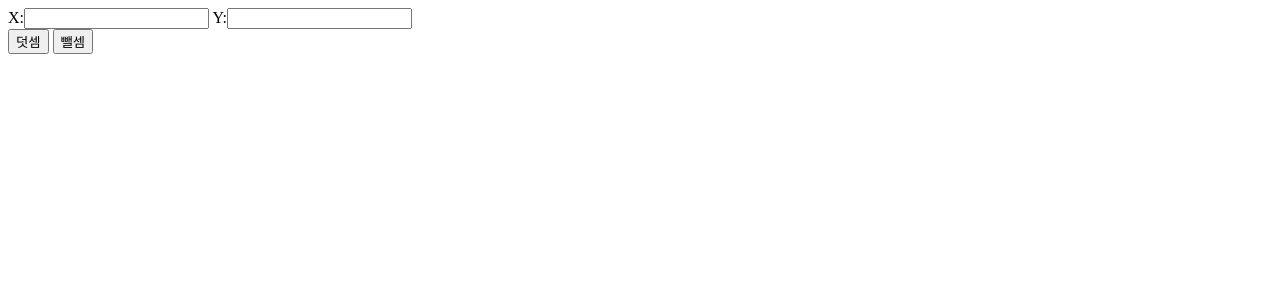
Repository: Doyoung-Park/JSP_Servlet
Page: workspace/JSPPrj/src/main/webapp/calc.html
An editor plug-in stored every save of this project. The page is shown before and after the next save, followed by the edit.
The browser window is 1280 px wide. The pictures show the whole page.

Above is the page before, as saved 2022-01-13 14:54:32.

After the next save:
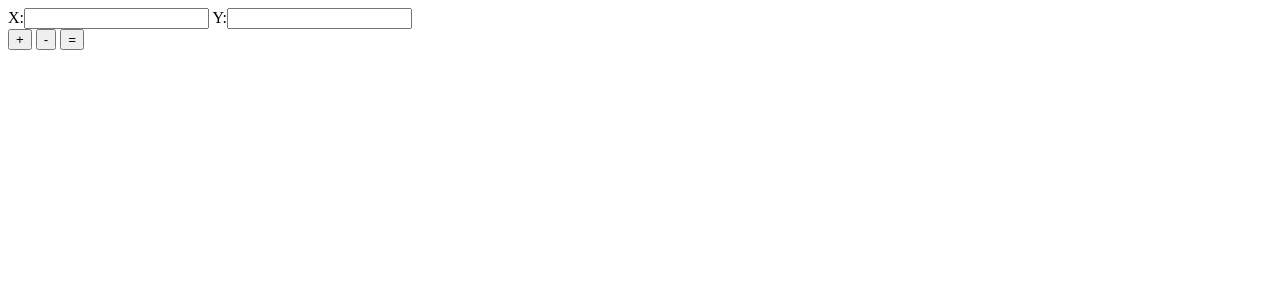
Saved 3 days later.
--- a/workspace/JSPPrj/src/main/webapp/calc.html
+++ b/workspace/JSPPrj/src/main/webapp/calc.html
@@ -12,8 +12,9 @@
 		 		X:<input type="text" name="X"/>	<!--  name tag를 단 input msg -->
 		 		Y:<input type="text" name="Y"/>
 		 		<div>
-		 			<input type="submit" name="operator" value="덧셈"/>
-		 			<input type="submit" name="operator" value="뺄셈"/>
+		 			<input type="submit" name="operator" value="+"/>
+		 			<input type="submit" name="operator" value="-"/>
+		 			<input type="submit" name="operator" value="="/>
 		 		</div>
 		 	</div>
 
